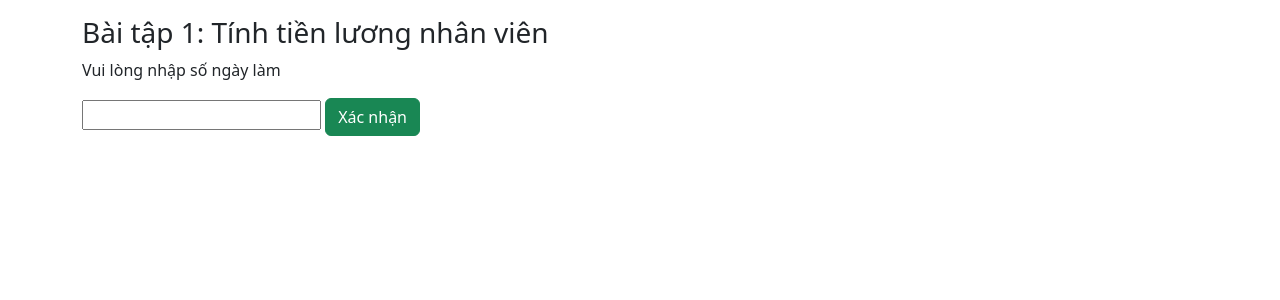
Repository: hcozyph/TranHuuPhuoc_BC43_BT_JS_Buoi2
Page: index.html
These files come from the project's save history. The page is drawn as it stood at one moment and after the next save; the edit follows.
The browser window is 1280 px wide. The pictures show the whole page.

Above is the page before, as saved 2023-01-21 20:29:20.
Console error: ReferenceError: luongMotNgay is not defined

### index.html
<!DOCTYPE html>
<html lang="en">
    <head>
        <title>BT JS - Buoi 1</title>
        <!-- Required meta tags -->
        <meta charset="utf-8" />
        <meta
            name="viewport"
            content="width=device-width, initial-scale=1, shrink-to-fit=no"
        />

        <!-- Bootstrap CSS v5.2.1 -->
        <link
            href="https://cdn.jsdelivr.net/npm/bootstrap@5.2.1/dist/css/bootstrap.min.css"
            rel="stylesheet"
            integrity="sha384-iYQeCzEYFbKjA/T2uDLTpkwGzCiq6soy8tYaI1GyVh/UjpbCx/TYkiZhlZB6+fzT"
            crossorigin="anonymous"
        />

        <!-- FontAwesome 6.2.0 CSS -->
        <link
            rel="stylesheet"
            href="https://cdnjs.cloudflare.com/ajax/libs/font-awesome/6.2.0/css/all.min.css"
            integrity="sha512-xh6O/CkQoPOWDdYTDqeRdPCVd1SpvCA9XXcUnZS2FmJNp1coAFzvtCN9BmamE+4aHK8yyUHUSCcJHgXloTyT2A=="
            crossorigin="anonymous"
            referrerpolicy="no-referrer"
        />

        <!-- index.css -->
        <link rel="stylesheet" href="./style/index.css" />
    </head>

    <body>
        <div class="container">
            <div>
                <h1 class="fs-3 mt-3">Bài tập 1: Tính tiền lương nhân viên</h1>
                <p>Vui lòng nhập số ngày làm</p>
                <input type="text" id="soNgayLam" />
                <button
                    class="btn btn-success"
                    id="btnXacNhan"
                    onclick="inputSoNgayLam()"
                >
                    Xác nhận
                </button>
            </div>
        </div>

        <!-- Bootstrap JavaScript Libraries -->
        <script
            src="https://cdn.jsdelivr.net/npm/@popperjs/core@2.11.6/dist/umd/popper.min.js"
            integrity="sha384-oBqDVmMz9ATKxIep9tiCxS/Z9fNfEXiDAYTujMAeBAsjFuCZSmKbSSUnQlmh/jp3"
            crossorigin="anonymous"
        ></script>

        <script
            src="https://cdn.jsdelivr.net/npm/bootstrap@5.2.1/dist/js/bootstrap.min.js"
            integrity="sha384-7VPbUDkoPSGFnVtYi0QogXtr74QeVeeIs99Qfg5YCF+TidwNdjvaKZX19NZ/e6oz"
            crossorigin="anonymous"
        ></script>

        <!-- index.js -->
        <script src="./index.js"></script>
    </body>
</html>

### index.js
//input
soNgayLam
luongMotNgay
function inputSoNgayLam () {
    var soNgayLam = document.getElementById('soNgayLam');
    var luongMotNgay = 100000;
    var tienLuong = soNgayLam * luongMotNgay
    soNgayLam.innerHTML= soNgayLam
}

Loaded but not shown: style/index.css (no stored copy; drawn as an empty file)

After the next save:
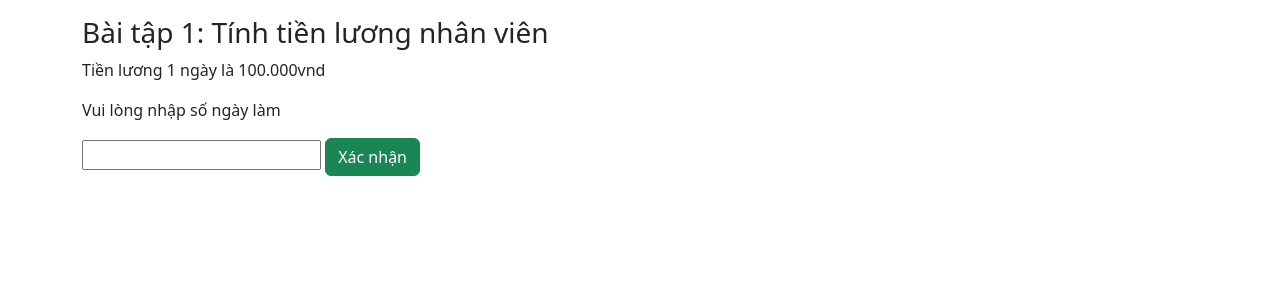
Saved 92 s later.
--- a/index.html
+++ b/index.html
@@ -34,6 +34,7 @@
         <div class="container">
             <div>
                 <h1 class="fs-3 mt-3">Bài tập 1: Tính tiền lương nhân viên</h1>
+                <p>Tiền lương 1 ngày là 100.000vnd</p>
                 <p>Vui lòng nhập số ngày làm</p>
                 <input type="text" id="soNgayLam" />
                 <button
